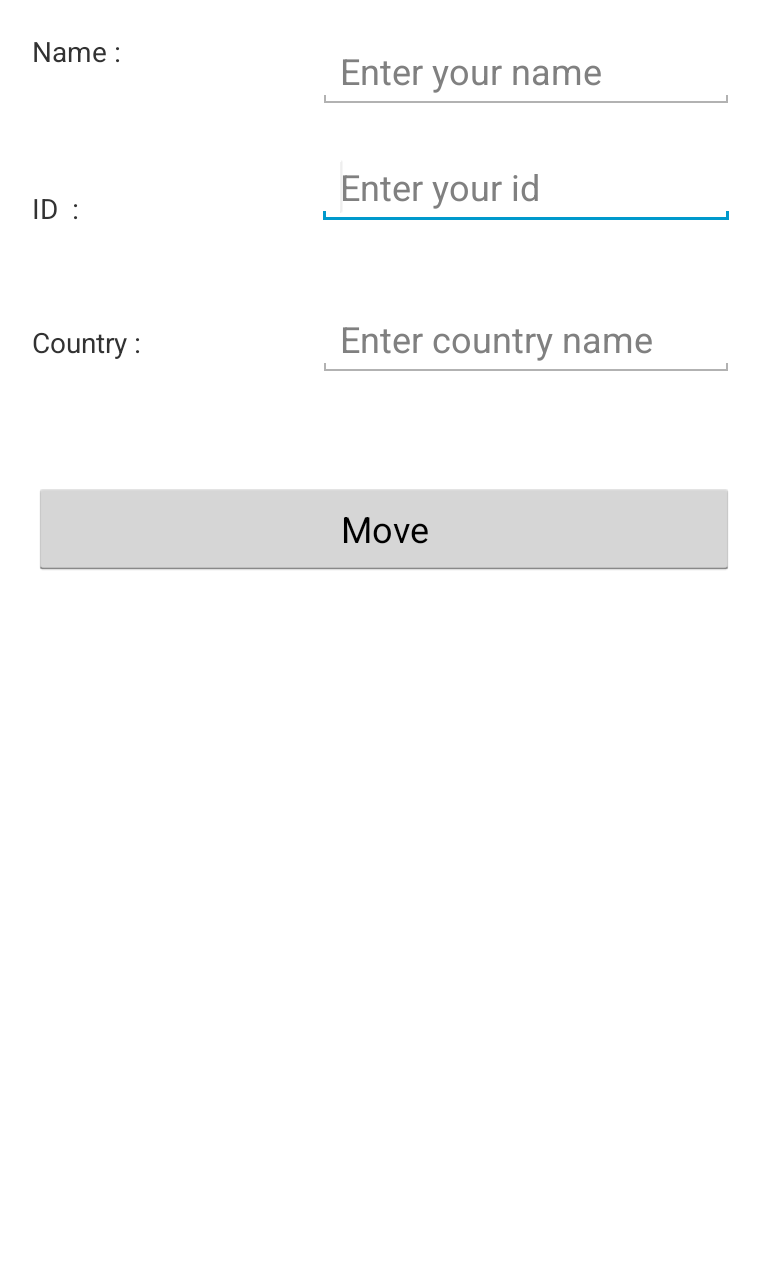
Repository: suzauddola/Android_Apps
Layout: Source/bundle/bandle/res/layout/first.xml
These files come from the project's save history. The layout is drawn as it stood at one moment and after the next save; the edit follows.
It is drawn on a 768 x 1280 px phone screen (xhdpi) without system bars, with theme AppTheme; the app's code is not run.

Above is the layout before, as saved 2013-09-05 02:34:28.

### Source/bundle/bandle/res/layout/first.xml
<RelativeLayout xmlns:android="http://schemas.android.com/apk/res/android"
    xmlns:tools="http://schemas.android.com/tools"
    android:layout_width="match_parent"
    android:layout_height="match_parent"
    android:paddingBottom="@dimen/activity_vertical_margin"
    android:paddingLeft="@dimen/activity_horizontal_margin"
    android:paddingRight="@dimen/activity_horizontal_margin"
    android:paddingTop="@dimen/activity_vertical_margin"
    tools:context=".Main" >

    <TextView
        android:id="@+id/name"
        android:layout_width="wrap_content"
        android:layout_height="wrap_content"
        android:text="Name :    " />

    <EditText
        android:id="@+id/name1"
        android:layout_width="wrap_content"
        android:layout_height="wrap_content"
        android:layout_alignParentRight="true"
        android:layout_alignTop="@+id/name"
        android:ems="10"
        android:hint="Enter your name"/>

    <TextView
        android:id="@+id/tvID"
        android:layout_width="wrap_content"
        android:layout_height="wrap_content"
        android:layout_alignLeft="@+id/name"
        android:layout_below="@+id/name1"
        android:layout_marginTop="39dp"
        android:text="ID  : " />

    <EditText
        android:id="@+id/etID"
        android:layout_width="wrap_content"
        android:layout_height="wrap_content"
        android:layout_alignBottom="@+id/tvID"
        android:layout_alignLeft="@+id/name1"
        android:ems="10"
        android:hint="Enter your id">

        <requestFocus />
    </EditText>

    <TextView
        android:id="@+id/tvCountry"
        android:layout_width="wrap_content"
        android:layout_height="wrap_content"
        android:layout_alignParentLeft="true"
        android:layout_below="@+id/tvID"
        android:layout_marginTop="48dp"
        android:text="Country : " />

    <EditText
        android:id="@+id/etCountry"
        android:layout_width="wrap_content"
        android:layout_height="wrap_content"
        android:layout_alignBaseline="@+id/tvCountry"
        android:layout_alignBottom="@+id/tvCountry"
        android:layout_alignLeft="@+id/etID"
        android:ems="10"
        android:hint="Enter country name"/>

    <Button
        android:id="@+id/button1"
        android:layout_width="fill_parent"
        android:layout_height="wrap_content"
        android:layout_alignParentLeft="true"
        android:layout_below="@+id/etCountry"
        android:layout_marginTop="51dp"
        android:text="Move" />

</RelativeLayout>

Loaded but not shown: Source/bundle/bandle/res/values/styles.xml (common file); Source/bundle/bandle/res/values-v11/styles.xml (common file); Source/bundle/bandle/res/values-v14/styles.xml (common file); Source/bundle/bandle/res/values/dimens.xml (common file)

After the next save:
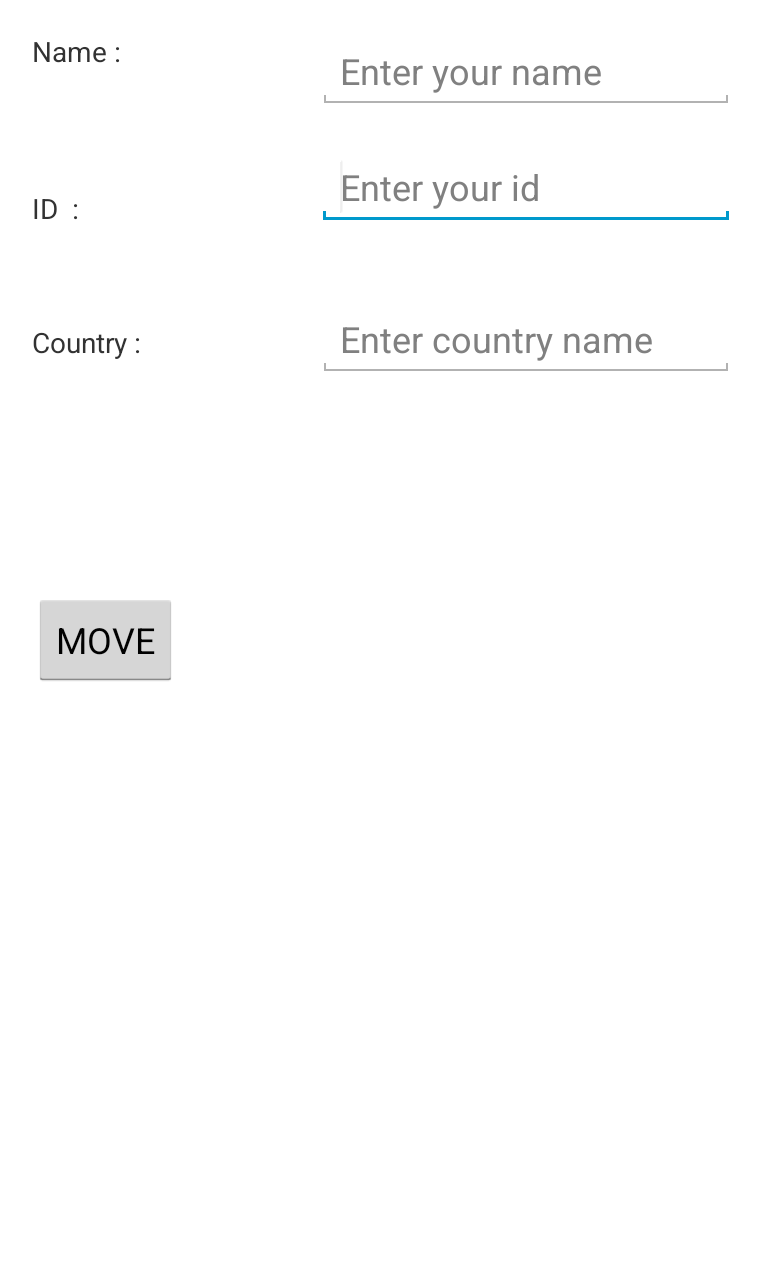
Saved 63 s later.
--- a/Source/bundle/bandle/res/layout/first.xml
+++ b/Source/bundle/bandle/res/layout/first.xml
@@ -65,11 +65,10 @@
 
     <Button
         android:id="@+id/button1"
-        android:layout_width="fill_parent"
+        android:layout_width="wrap_content"
         android:layout_height="wrap_content"
-        android:layout_alignParentLeft="true"
-        android:layout_below="@+id/etCountry"
-        android:layout_marginTop="51dp"
-        android:text="Move" />
+        android:layout_alignLeft="@+id/tvCountry"
+        android:layout_centerVertical="true"
+        android:text="MOVE" />
 
 </RelativeLayout>
